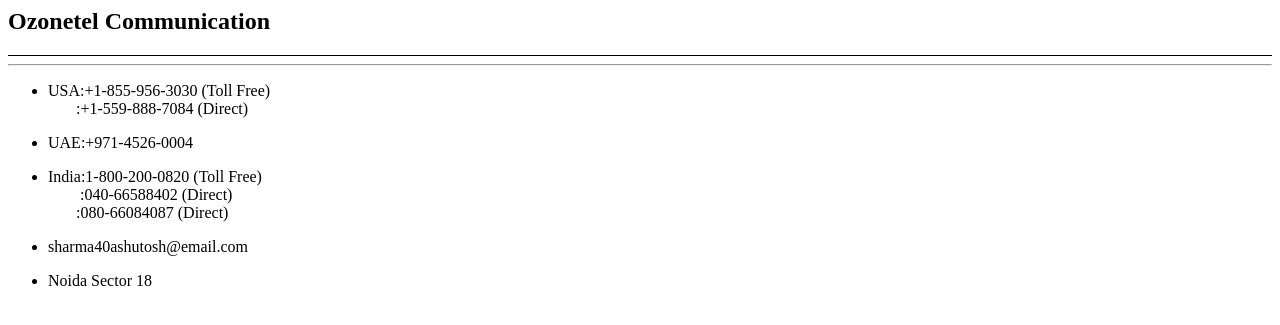
Repository: ashutosh238/ozonetelblogsite
Page: OzonetelBlogSiteFrontEnd/Web/c_contactUs/ContactUs.html
An editor plug-in stored every save of this project. The page is shown before and after the next save, followed by the edit.
The browser window is 1280 px wide. The pictures show the whole page.

Above is the page before, as saved 2019-01-08 10:53:23.

After the next save:
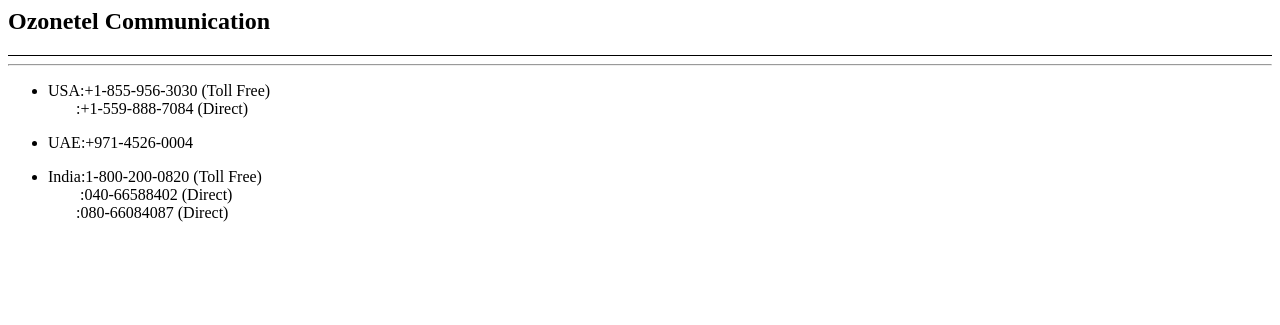
Saved 51 s later.
--- a/OzonetelBlogSiteFrontEnd/Web/c_contactUs/ContactUs.html
+++ b/OzonetelBlogSiteFrontEnd/Web/c_contactUs/ContactUs.html
@@ -16,8 +16,7 @@
                             <li><p><span class="glyphicon glyphicon-earphone one" style="width:50px;">India</span>:1-800-200-0820 (Toll Free)<br>&nbsp&nbsp&nbsp&nbsp&nbsp&nbsp&nbsp :040-66588402 (Direct)<br>&nbsp&nbsp&nbsp&nbsp&nbsp&nbsp&nbsp:080-66084087 (Direct)
 
 </p></li>
-                            <li><p><span class="glyphicon glyphicon-envelope one" style="width:50px;"></span>sharma40ashutosh@email.com</p></li>
-                            <li><p><span class="glyphicon glyphicon-map-marker one" style="width:50px;"></span>Noida Sector 18</p></li>
+
                             </ul>
                       </div>
                   </div>
